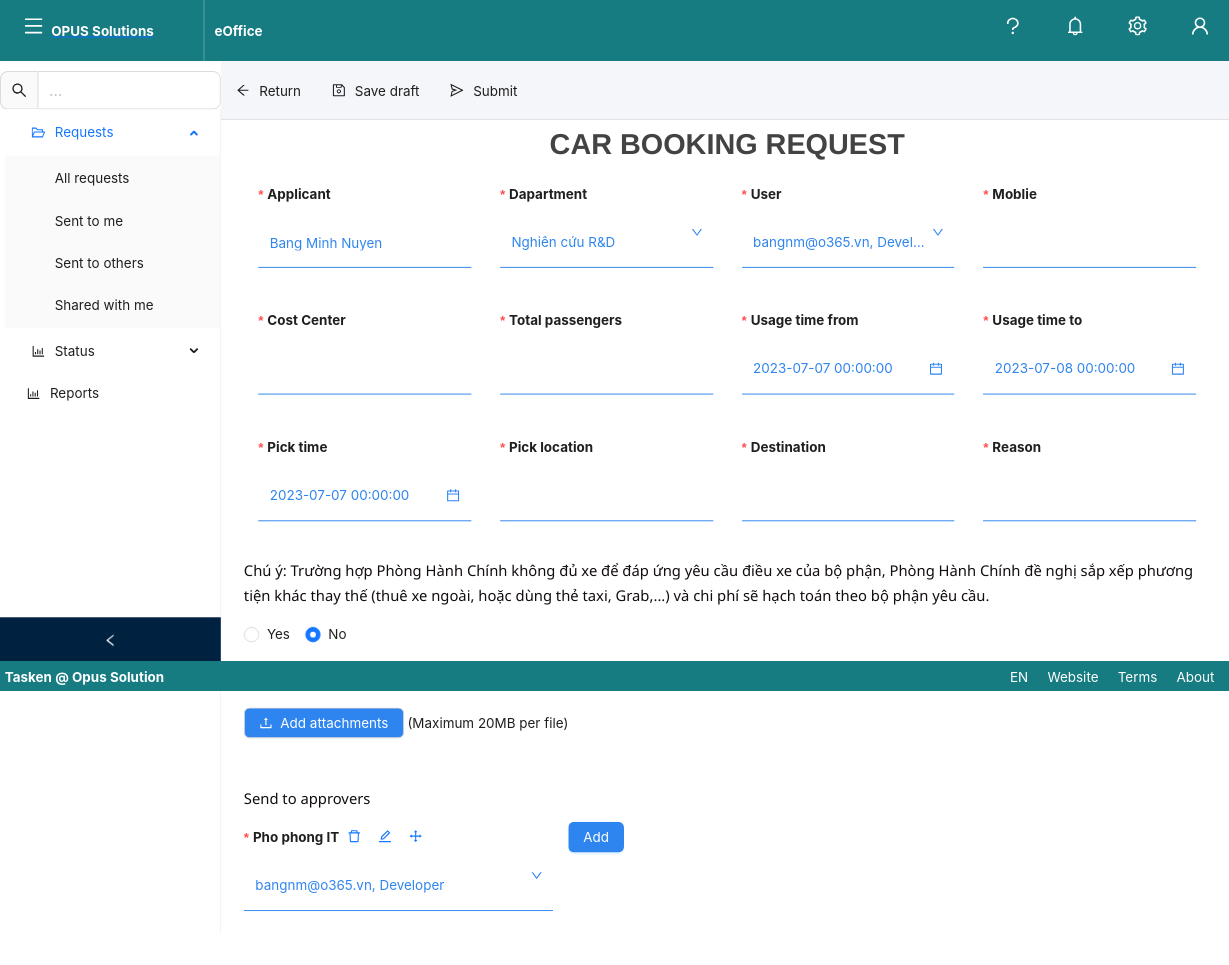
Repository: vannam272008/car-booking
Page: /request/addrequest
An editor plug-in stored every save of this project. The page is shown before and after the next save, followed by the edit.
The browser window is 1280 px wide. The pictures show the whole page, at 96% of full size.
The project was rebuilt for these pictures with package versions that can differ from the ones it lists, and the page was loaded fresh each time. Also part of the build but not shown: src/Components/DetailRequest/Comments/comment.tsx, src/Components/DetailRequest/Menu/menu.tsx, src/Components/DetailRequest/Detail/detail.tsx, src/Pages/ManageRequest/index.css, src/Pages/ManageRequest/ManageRequest.tsx. Imported but missing from the stored project, and not drawn on this page: src/Pages/Home.

Above is the page before, as saved 2023-07-07 16:53:32.

### src/index.tsx
import React from 'react';
import ReactDOM from 'react-dom/client';
import './index.css';
import App from './App';
import reportWebVitals from './reportWebVitals';
import { BrowserRouter } from 'react-router-dom';
import { Provider } from 'react-redux';
import { configureStore } from '@reduxjs/toolkit';
import requestReducer from './Reducers/requestReducer';
import { store } from './Store/store';


const root = ReactDOM.createRoot(
  document.getElementById('root') as HTMLElement
);
root.render(
  <Provider store={store}>
    <React.StrictMode>
      <BrowserRouter>
        <App />
      </BrowserRouter>
    </React.StrictMode>
  </Provider>
);

// If you want to start measuring performance in your app, pass a function
// to log results (for example: reportWebVitals(console.log))
// or send to an analytics endpoint. Learn more: https://bit.ly/CRA-vitals
reportWebVitals();

### src/App.tsx
import { Route, Routes } from 'react-router-dom';
import './App.css';
import Home from './Pages/Home';
import DetailRequest from './Components/DetailRequest/Detail/detail';
import ManageRequest from './Pages/ManageRequest/ManageRequest';
import AddRequest from './Components/AddRequest/AddRequest';


function App() {
  return (
    <Routes>
      <Route path="/" element={<Home />} />
      <Route path="/request/carbooking" element={<ManageRequest />} />
      <Route path="/request/detail" element={<DetailRequest />} />
      <Route path='/request/addrequest' element={<AddRequest />} />
      {/* <Route path="/employee/create" element={<AddEmployee />} />
        <Route path="/department/create" element={<AddDepartment />} /> */}
    </Routes>
  );
}

export default App;

### src/Store/store.ts
import requestReducer from "../Reducers/requestReducer";
import { configureStore, createStore } from "@reduxjs/toolkit";


// export const store = configureStore({
//     reduder: {
//         request: requestReducer
//     }
// });

export const store = createStore(requestReducer);

### src/Reducers/requestReducer.ts
// interface RequestState {
//     requestList: string[]
// }

const initState = {
    requestList: [],
    success: true,
}

const requestReducer = (state = initState, action: { type: any; payload: any }) => {
    switch (action.type) {
        case 'SET_REQUEST_LIST':
            return {
                ...state,
                requestList: action.payload,
                success: false
            }
        default:
            return state
    }
}

export default requestReducer

### src/Components/RequestLayout/index.jsx
import React, { useState } from 'react';
import { LaptopOutlined, NotificationOutlined, UserOutlined } from '@ant-design/icons';
import { Layout, theme } from 'antd';
import AppHeader from '../../Components/AppHeader';
import AppSider from '../../Components/AppSider';
import AppFooter from '../../Components/AppFooter';

import "./RequestLayout.scss";

const { Content } = Layout;

const RequestLayout = ({ profile, children }) => {
    const {
        token: { colorBgContainer },
    } = theme.useToken();

    return (
        <div className='manage-request'>
            <AppHeader />
            <Content>
                <Layout style={{ padding: '24px 0', backgroundColor: colorBgContainer }}>
                    <AppSider profile={profile} />
                    <Layout style={{ padding: '24px 0px',backgroundColor: colorBgContainer}}>
                        <Content style={{ padding: '0 24px', minHeight: 280 }}>
                            {children()}
                        </Content>
                    </Layout>
                </Layout>
            </Content>
            <AppFooter />
        </div>


    );
};

export default RequestLayout;

### src/Components/DetailRequest/Detail/detail.css
*{
    box-sizing: border-box;
  }
  .required {
    color: red;
  }
  .page-request{
    min-height: calc(100vh - 83px);
    transition: all 0.3s;
    background-color: #ffffff;
    font-family: "Helvetica Neue",Helvetica,Arial,sans-serif;
    font-size: 14px;
    line-height: 1.42857143;
    color: #333;
    background-color: #fff;
  }
  .page-content{
    margin-top: 85px;
    margin-right: -20px;
    padding-right: 15px;
  }
  .info-request > p{
    width: 100%;
    font-weight: 700;
  }

  /* .table-request > p{
    font-size: 1.1em;
    font-weight: 300;
    line-height: 1.7em;
    color: #130e0e;
    margin: 0 0 10px;
    display: block;
    margin-block-start: 1em;
    margin-block-end: 1em;
    margin-inline-start: 0px;
    margin-inline-end: 0px;
  } */

  .title-request{
    color: #434343;
    text-align: center;
    font-size: 30px;
    margin-top: 20px;
    margin-bottom: 20px;
    font-family: inherit;
    font-weight: 500;
    line-height: 1.1;
    font-weight: 700;

  }

  .table-content{
    font-family: "Segoe UI";
    font-size: 14px;
    line-height: 1.42857143;
  }

  /* .row1-request  {

  } */
  /* .row-request .Row .Col  {
    width: 100%;
  } */

  .col-request{
    margin-bottom: 15px;
    position: relative;
    min-height: 1px;
    padding-right: 15px;
    padding-left: 15px;
  }

  .col-request > label{
    display: inline-block;
    max-width: 100%;
    margin-bottom: 5px;
    font-weight: 700;
    cursor: default;
    font-family: "Segoe UI";
  }
  .attention-radio{
    margin-top: 30px;
    margin-bottom: 30px;
    font-family: "Segoe UI";
  }

  .attention-radio > p{
    font-size: 1.1em;
    font-weight: 300;
    line-height: 1.7em;
    color: #130e0e;
  }

  /* .Attachment > b{
    font-weight: 700;
  } */
  .approver{
    margin-bottom: 15px;
    position: relative;
    min-height: 1px;
    padding-right: 15px;
    padding-left: 15px;
  }

  .approvers > p{
    font-size: 1.1em;
    font-weight: 300;
    line-height: 1.7em;
    color: #130e0e;
    margin: 0 0 10px;
  }

  .approver > label{
    display: inline-block;
    max-width: 100%;
    margin-bottom: 5px;
    font-weight: 700;
    cursor: default;
  }

### src/Components/AddRequest/MenuAdd/index.tsx
import React from 'react';
import { Menu } from 'antd';
import {
    ArrowLeftOutlined,
    SaveOutlined,
    SendOutlined
} from '@ant-design/icons';
import './menuAdd.css'

function MenuAdd(): JSX.Element {
    return (
        <div>
            <Menu mode="horizontal" className='fixed-menu '>
                <Menu.Item key="return" icon={<ArrowLeftOutlined />}>
                    Return
                </Menu.Item>
                <Menu.Item key="savedraft" icon={<SaveOutlined />}>
                    Save draft
                </Menu.Item>
                <Menu.Item key="submit" icon={<SendOutlined />}>
                    Submit
                </Menu.Item>
            </Menu>
        </div>
    );
}

export default MenuAdd;

### src/Components/AddRequest/AddRequest/addRequest.css
/* .row-request .col-request Input{
    border: none;
    border-radius: 0;
    border-bottom: 1px solid #2F85EF;
    color: #2F85EF;
    box-shadow: none;
}

.ant-form-item-control-input-content .ant-select .ant-select-selector {
    border: none;
    border-radius: 0;
    border-bottom: 1px solid #2F85EF;
    color: #2F85EF;
    box-shadow: none; border: none;
} */
/* .select-add-request .ant-select-selector {
    color: #2F85EF;
    border: none;
} */
.form-approver{
    margin-top: 50px;
    margin-right: 10px;
}
.form-approver > h6{
    font-size: 1.1em;
    font-weight: 300;
    line-height: 1.7em;
    color: #130e0e;
    margin: 0 0 10px;
    font-family: "Segoe UI";
}
.ant-row .ant-form-item-label{
    padding: 0;
}
.ant-form-item-required{
    font-weight: 700;
}
.ant-select-arrow .ant-select-suffix{
    color: #2F85EF;

}
.ant-form-item-control-input-content input{
    border: none;
    border-radius: 0;
    border-bottom: 1px solid #2F85EF;
    color: #2F85EF;
    box-shadow: none;
    height: 53px;
    width: 100%;
    padding: 6px 12px;
    font-size: 14px;
    line-height: 1.42857143;

}
.ant-form-item-control-input-content .ant-select .ant-select-selector{
    border: none;
    border-radius: 0;
    border-bottom: 1px solid #2F85EF;
    width: 100%;
    float: left;
    height: 53px;
    background-color: #fff;
    padding: 6px 12px;
    white-space: nowrap;
    color: #2F85EF;

}
.ant-picker{
    border: none;
    border-radius: 0;
    border-bottom: 1px solid #2F85EF;
    width: 100%;
    float: left;
    height: 53px;
    background-color: #fff;
    padding: 6px 12px;
    white-space: nowrap;
}
.anticon-calendar{
    color: #2F85EF;
}
.ant-picker .ant-picker-input input {
    color: #2F85EF;
}
.cursor-notallow-applicant{
    cursor: not-allowed;
}

### src/Components/DetailRequest/Comments/comment.css
.title-comment{
    color: #434343 !important;
    font-size: 30px;
    margin-top: 20px;
    margin-bottom: 10px;
    font-family: inherit;
    font-weight: 500;
    line-height: 1.1;
}
.row-comment{
    margin-bottom: 25px;
}
.input-comment{
    width: 100%;
    border: none;
    background: #EBEEF0;
    font-size: 14px;
    line-height: 1.42857143;
    color: #555;
    border-radius: 4px;
    box-shadow: inset 0 1px 1px rgba(0,0,0,.075);
}
.btn-comment{
    background-color: rgb(75,167,71);
    color: white;
}
.upload-comment{
    padding-left: 40px;
}
.reply-upload-comment{
    margin-top: 15px;
}
.comments{
    margin-top: 25px;
}
.comment{
    max-width: 555px;
    padding: 15px 0;
    border-top: 1px solid #DDDDDD;
}
.comment-avatar{
    float: left;
    width: 40px;
    padding: 1px;
    margin-top: 10px;
    margin-right: 10px;
    margin-left: 10px;
}
.comment-reply{
    width: 65px;
    text-align: right;
}
.comment-content{
    font-size: 1.1em;
    font-weight: 300;
    line-height: 1.7em;
    color: #130e0e;
    margin: 0 0 10px;
}
.comment-author{
    font-weight: 700;
    margin-right: 8px;
    color: #434343;
    font-size: 13px;
    line-height: 1.7em;
}
.comment-date{
    font-size: 13px;
    margin-left: 15px;
    color: #b4afb2;
    font-style: italic;
}
.reply-comment{
    width: 100%;
    border-top: 1px solid #DDDDDD;
    margin-left: 50px;
    padding: 15px 0;

}
.reply-row{
    width: 100%;
    margin-top: 15px;
    padding-bottom: 0;
    display: flex;
    flex-wrap: wrap;
}
.btn-cancel{
    border: 1px solid transparent;
    border-radius: 4px;
    font-size: 14px;
    font-weight: 400;
    line-height: 1.42857143;
    text-align: center;
    background-color: #f0ad4e;
    margin-left: 15px;
    color: #ffffff;
    padding: 4px 12px;
    height: 30px;
}
.btn-save{
    margin-left: 15px;
}
.reply-comment-row{
    margin-left: 50px;
    padding: 15px 0;
    border-top: 1px solid #DDDDDD;
    min-width: 444px;
}

### src/Components/DetailRequest/Menu/menu.css
.fixed-menu {
    position: fixed;
    top: 64px;
    width: 100%;
    z-index: 999;
    border-bottom: 1px solid #e1e1e1;
    border-top-left-radius: 0;
    background-color: rgb(245,246,250);
    min-height: 61px;
    display: flex;
    align-items: center;
    flex-wrap: wrap;
    margin-left: -24px;
}

.fixed-menu .Menu.Item {
    white-space: nowrap;
    margin: 0 10px;
    color: #8894A1;
    font-weight: 500;
    text-decoration: none;
    outline: none;
    transition: all 0.3s;
    cursor: pointer;
    background-color: transparent;
}

### src/Components/AppSider/index.tsx
import React, { useState } from 'react';
import type { MenuProps } from 'antd';
import { Layout, Menu, theme, Space } from 'antd';
import { Input } from 'antd';

import { FolderOpenOutlined, BarChartOutlined, SearchOutlined, SettingOutlined } from '@ant-design/icons';
import "./AppSider.scss";



const { Sider } = Layout;

type MenuItem = Required<MenuProps>['items'][number];

function getItem(
    label: React.ReactNode,
    key: React.Key,
    icon?: React.ReactNode,
    children?: MenuItem[],
    type?: 'group',
): MenuItem {
    return {
        key,
        icon,
        children,
        label,
        type,
    } as MenuItem;
}



const AppSider = (props: any) => {

    const items: MenuProps['items'] = [
        getItem('Requests', 'requests', <FolderOpenOutlined />, [
            getItem('All requests', 'all-request'),
            getItem('Sent to me', 'sent-to-me'),
            getItem('Sent to others', 'sent-to-others'),
            getItem('Shared with me', 'shared-with-me'),
        ]),

        getItem('Status', 'status', <BarChartOutlined />, [
            getItem('Draft', 'draft'),
            getItem('Approving', 'approving'),
            getItem('Approved', 'approved'),
            getItem('Rejected', 'rejected'),
        ]),

        getItem('Reports', 'reports', <BarChartOutlined />),

    ];

    const profileItems: MenuProps['items'] = [

        getItem('Setting', 'setting', <SettingOutlined />),

    ];

    const [openItem, setOpenItem] = useState('requests');

    const handleClick: MenuProps['onClick'] = (e) => {
        console.log('click ', e);
    };
    const [collapsed, setCollapsed] = useState(false);
    const {
        token: { colorBgContainer },
    } = theme.useToken();
    return (
        <Sider collapsible collapsed={collapsed} onCollapse={(value) => setCollapsed(value)} style={{ background: colorBgContainer }} width={230}>
            <Space.Compact size="large">
                <Input addonBefore={<SearchOutlined />} placeholder="..." />
            </Space.Compact>
            <Menu
                mode="inline"
                defaultSelectedKeys={[openItem]}
                defaultOpenKeys={['requests']}
                openKeys={[openItem]}
                style={{ height: '100%' }}
                items={props.profile ? profileItems : items}
                onClick={handleClick}
                onOpenChange={(openKey) => {
                    setOpenItem(openKey[1])
                }}
            />
        </Sider>


    )
}

export default AppSider;

### src/Components/AppFooter/index.tsx
import { Layout } from 'antd';
import "./AppFooter.scss";

const { Footer } = Layout

const AppFooter = () => {
    return (
        <Footer className='mcs-footer'>
            <div>
                <span className='footer-left'><b>Tasken @ Opus Solution</b></span>
                <div className='footer-right'>
                    <span>EN</span>
                    <span>Website</span>
                    <span>Terms</span>
                    <span>About</span>
                </div>
            </div>

        </Footer>)
}

export default AppFooter;

### src/Components/AppHeader/AppHeader.scss
.mcs-header {
    position: fixed;
    z-index: 1001;
    align-items: center;
    background-color: #167c82;
    width: 100%;
    padding-inline: 0;

    & .row-header {
        align-items: center;

        & .btn-menu {
            border: none;
            background-color: #167c82;
            color: white;
            font-size: 20px;
            margin-left: 10px;
        }
    }

    & .col-logo {
        width: 100%;
        border-right: 1px solid rgba(255, 255, 255, 0.3);


        & p {
            width: 100%;
            color: white;
            display: contents;
        }
    }

    & .col-label {
        padding-left: 10px;
        width: 100%;


        & p {
            width: 100%;
            color: white;
            display: contents;
        }
    }

    & .col-function {
        & .group-btn {
            float: right;

            & .btn-item {
                font-size: 20px;
                margin-left: 5px;
                margin-right: 5px;
                border: none;
                background-color: #167c82;
                color: white;

                margin-left: 10px;
            }

        }
    }







}

.ant-dropdown {

    & .dropdown-help {
        display: block;
        right: 0;
        top: 50px;
        width: 320px;
        height: calc(100vh - 84px);
        background-color: #fff;
        border: 1px solid #c8c8c8;

        & .title-dropdown {
            border-bottom: 1px solid #ddd;
            padding-bottom: 5px;
            padding-top: 5px;

            & span {
                margin-left: 10px;
                font-size: 25px;
            }

            & .btn-close {
                font-size: 20px;
                margin-left: 5px;
                margin-right: 5px;
                border: none;
                background-color: white;
                color: black;
                float: right;
            }
        }

        & .content-dropdown {
            display: block;
            margin-top: 10px;




            & .account-info {
                & img {
                    margin-left: 10px;
                    float: left;
                    width: 64px;
                    height: 64px;
                }

                & .info-name {
                    margin-left: 10px;
                    float: left;
                    font-size: 20px;
                }

                & .info-email {
                    margin-left: 10px;
                    font-style: italic;
                }
            }

            .content-info {
                border-top: 1px solid #ddd;
                margin-top: 20px;

                & span {
                    font-size: 20px;
                    margin-left: 10px;
                }

                & p {
                    color: #4BA747;
                    margin-left: 25px;
                }
            }

            & span {
                font-size: 20px;
                margin-left: 10px;
            }

            & p {
                color: #4BA747;
                margin-left: 25px;
            }


        }




    }
}

// .logo {
//     width: 200px;
//     height: 100px;
// }

// .header {
//     background-color: #fff;
//     height: 100px;
//     line-height: 100px;
//     padding: 0;
// }

// .header-name {
//     font-family: 'Segoe UI';
//     font-size: 16px;
//     font-weight: 700;
//     color: #0273bb;
// }

// .header-homepage {
//     font-family: 'Segoe UI';
//     font-size: 16px;
//     font-weight: 700;
//     color: #0273bb;
//     float: right;
//     padding-right: 50px;
//     position: relative;
//     top: -100px;
// }

// .logo-name {
//     display: flex;
// }


/* Extra small devices (phones, 600px and down) */
@media only screen and (max-width: 600px) {
    .header-homepage {
        display: none;
    }

    .header-name {
        font-size: 10px;
    }
}

/* Small devices (portrait tablets and large phones, 600px and up) */
@media only screen and (min-width: 600px) {}

/* Medium devices (landscape tablets, 768px and up) */
@media only screen and (min-width: 768px) {}

/* Large devices (laptops/desktops, 992px and up) */
@media only screen and (min-width: 992px) {}

/* Extra large devices (large laptops and desktops, 1200px and up) */
@media only screen and (min-width: 1240px) {}

### src/Components/AppSider/AppSider.scss
.ant-layout {
        & li {
                padding-left: 5px;
        }

        & .ant-layout-sider {
                position: sticky;
                left: 0;
                margin-top: 50px;



        }

        & .ant-layout-sider-children {}

        & .ant-layout-sider-trigger {
                margin-bottom: 29px;
        }
}

### src/Components/AppFooter/AppFooter.scss
.mcs-footer {
    background-color: #167c82;
    color: #fff;
    position: fixed;
    width: 100%;
    bottom: 0;
    padding: 5px;

    & .footer-left {
        float: left;
    }

    & .footer-right {
        float: right;

        & span {
            padding-left: 10px;
            padding-right: 10px;
        }
    }
}

Loaded but not shown: public/index.html (common file); src/index.css (common file); src/reportWebVitals.ts (common file); src/App.css (common file); src/Components/AddRequest/AddRequest/index.tsx (383 lines, source omitted); src/Components/AppHeader/index.tsx (200 lines, source omitted); src/Components/AddRequest/MenuAdd/menuAdd.css (no stored copy; drawn as an empty file); src/Components/RequestLayout/RequestLayout.scss (no stored copy; drawn as an empty file)

After the next save:
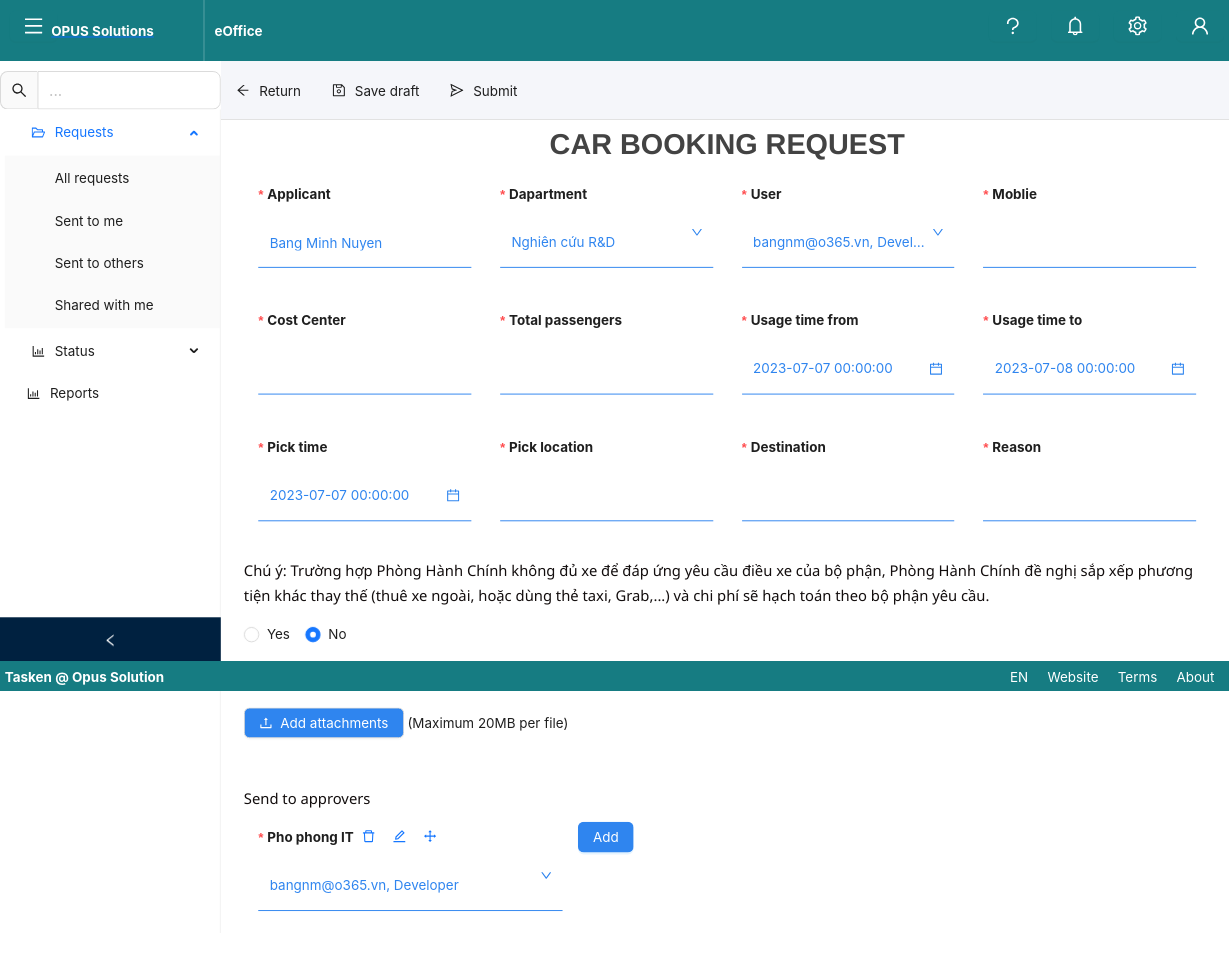
Saved 42 s later.
--- a/src/Components/AddRequest/AddRequest/addRequest.css
+++ b/src/Components/AddRequest/AddRequest/addRequest.css
@@ -20,6 +20,9 @@
 .form-approver{
     margin-top: 50px;
     margin-right: 10px;
+}
+.add-approvers{
+    margin-left: 15px;
 }
 .form-approver > h6{
     font-size: 1.1em;
